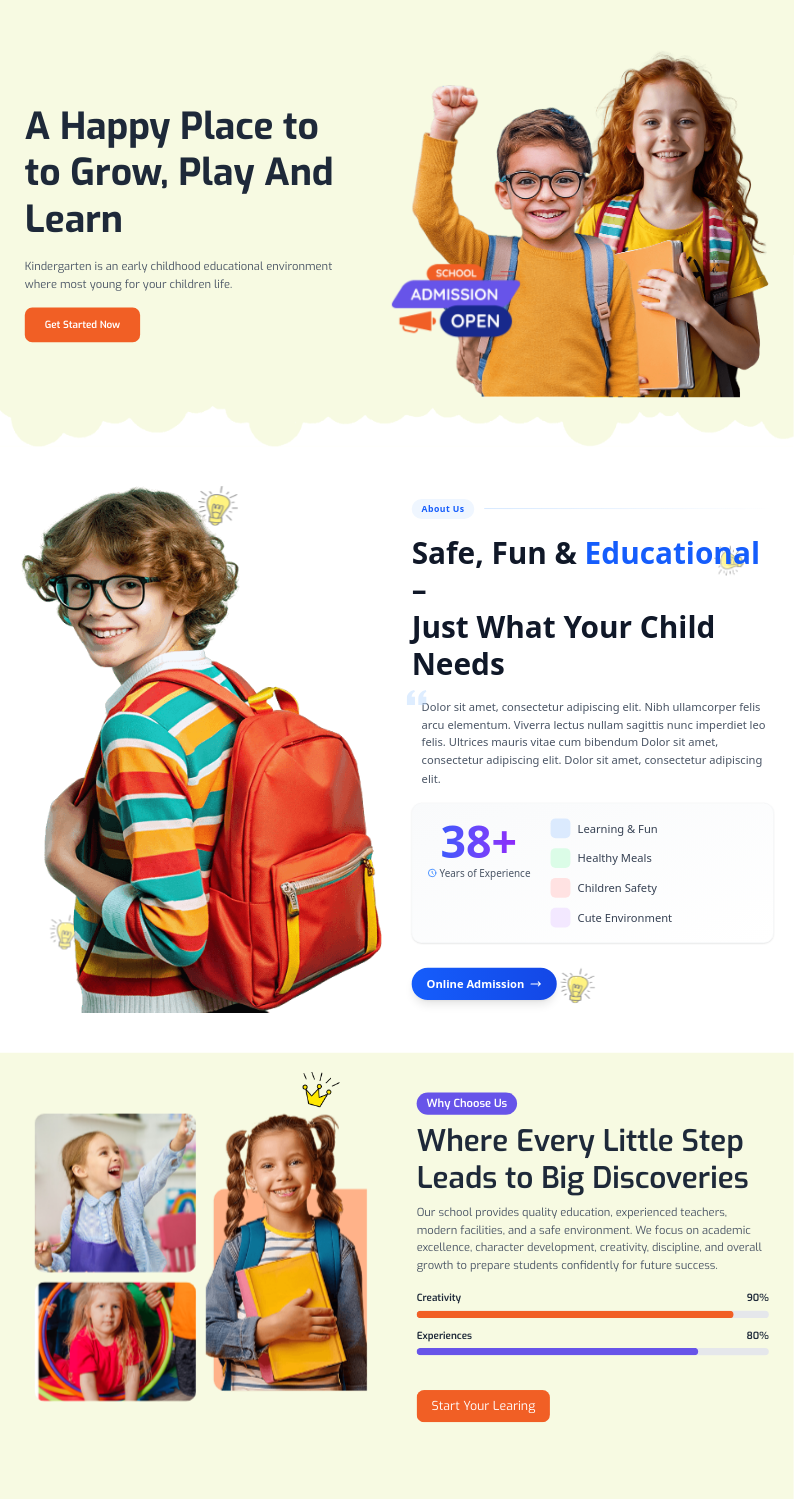
Repository: deepak445566/school
Page: / (app in okwork/)
These files come from the project's save history. The page is drawn as it stood at one moment and after a run of saves; the edit follows.
The browser window is 1280 px wide. The pictures show the whole page, at 62% of full size.
Some web fonts or font styles are not loaded; a fallback is used. The project was rebuilt for these pictures with package versions that can differ from the ones it lists, and the page was loaded fresh each time. Some packages were replaced by stand-ins written for this rebuild. Also part of the build but not shown: okwork/vite.config.js.

Above is the page before, as saved 2026-02-18 19:11:14.

### okwork/index.html
<!doctype html>
<html lang="en">
  <head>
    <meta charset="UTF-8" />
    <link rel="icon" type="image/svg+xml" href="/vite.svg" />
    <meta name="viewport" content="width=device-width, initial-scale=1.0" />
    <title>okwork</title>
    <link rel="preconnect" href="https://fonts.googleapis.com">
<link rel="preconnect" href="https://fonts.gstatic.com" crossorigin>
<link href="https://fonts.googleapis.com/css2?family=Abril+Fatface&family=Alan+Sans:wght@300..900&family=Big+Shoulders:opsz,wght@10..72,100..900&family=Exo+2:ital,wght@0,100..900;1,100..900&family=Exo:ital,wght@0,100..900;1,100..900&family=Montserrat:ital,wght@0,100..900;1,100..900&family=Orbitron:wght@400..900&family=Poppins:ital,wght@0,100;0,200;0,300;0,400;0,500;0,600;0,700;0,800;0,900;1,100;1,200;1,300;1,400;1,500;1,600;1,700;1,800;1,900&family=Prata&family=Rajdhani:wght@300;400;500;600;700&display=swap" rel="stylesheet">
  </head>
  <body>
    <div id="root"></div>
    <script type="module" src="/src/main.jsx"></script>
  </body>
</html>

### okwork/src/index.css
@import "tailwindcss";


.exo {
  font-family: "Exo", sans-serif;

  font-style: normal;
}

### okwork/src/App.jsx
import React from 'react'
import Home from './components/Home'
import About from './components/About'
import WhyChooseUs from './components/WhyChooseUs'

function App() {
  return (
    <>
    <Home/>
    <About/>
    <WhyChooseUs/>
    </>
  )
}

export default App

### okwork/src/components/Home.jsx
import React from "react";

const Home = () => {
  // Image URL - using a high-quality free image
  const imageUrl =
    "/images/hero1.png";
  const kalagiImageUrl = "/images/text.png";
  return (
    <div className="min-h-screen bg-[#F7FAE2] overflow-hidden exo relative ">
      {/* Main container - centered with responsive padding */}
      <div className="container mx-auto px-6 py-12 md:px-12 lg:px-10 min-h-screen flex items-center relative z-10">

        {/* Flex container: column on mobile, row on desktop */}
        <div className="flex flex-col md:flex-row items-center gap-12 lg:gap-5 w-full">

          {/* LEFT SECTION: 40% width */}
          <div className="w-full md:w-[45%] text-center md:text-left space-y-6 md:space-y-6">
            {/* Heading with gradient effect */}
            <h1 className="text-4xl text-gray-800 md:text-5xl lg:text-6xl font-bold leading-tight exo">
             A Happy Place to
              <br />
              <span className="text-gray-800">to Grow, Play And </span>
              <br />
              <span className="text-gray-800">   Learn</span>
            </h1>

            {/* Paragraph description */}
            <p className="text-lg md:text-lg text-gray-600 max-w-2xl mx-auto md:mx-0">
           Kindergarten is an early childhood educational environment where
most young for your children life.
            </p>

            {/* Button with hover effects */}
            <div className="flex justify-center md:justify-start">
              <button className="group relative px-8 py-4 bg-[#F15F25] text-white font-semibold rounded-xl float hover:shadow-xl hover:transform hover:-translate-y-1 transition-all duration-300 ease-in-out">
                <span className="relative z-10">Get Started Now</span>
              </button>
            </div>
          </div>

          {/* RIGHT SECTION: 60% width */}
          <div className="w-full md:w-[55%] flex justify-center md:justify-end">
            <div className="relative w-full max-w-md lg:max-w-xl ">
              {/* Main image */}
              <img
                src={imageUrl}
                alt="Team collaboration in modern workspace"
                className="relative z-10 w-full h-auto rounded-2xl object-cover "
              />
               <img
                src={kalagiImageUrl}
                alt="Decorative element"
                className="absolute bottom-0 left-7 lg:left-0 z-20 w-24 h-24 md:w-52 md:h-52 object-contain -translate-x-4 -translate-y-4 animate-bounce-slow"
              />
            </div>
          </div>
        </div>

      </div>
        <div className=" absolute bottom-0  z-1000">
          <img src="/images/hero-line.png" className="w-full"/>
        </div>

      {/* Add custom animation keyframes */}
       <style jsx>{`
        @keyframes blob {
          0% { transform: translate(0px, 0px) scale(1); }
          33% { transform: translate(30px, -50px) scale(1.1); }
          66% { transform: translate(-20px, 20px) scale(0.9); }
          100% { transform: translate(0px, 0px) scale(1); }
        }

        @keyframes float {
          0% {
            transform: translateY(0px);
          }
          50% {
            transform: translateY(-20px);
          }
          100% {
            transform: translateY(0px);
          }
        }

        @keyframes bounce-slow {
          0%, 100% {
            transform: translate(-1rem, -1rem) translateY(0);
          }
          50% {
            transform: translate(-1rem, -1rem) translateY(-20px);
          }
        }

        .animate-blob {
          animation: blob 7s infinite;
        }

        .animate-float {
          animation: float 6s ease-in-out infinite;
        }

        .animate-bounce-slow {
          animation: bounce-slow 4s ease-in-out infinite;
        }

        .animation-delay-2000 {
          animation-delay: 2s;
        }
      `}</style>
    </div>
  );
};

export default Home;

### okwork/src/components/About.jsx
import React from 'react';

// Import images at the top for easy path management


const About = () => {
  const bulbIcon =
    "/images/tubelight.png";
    const starIcon =
    "/images/tubelight.png";
    const aboutImage =
    "/images/about-1.png";
  return (
    <div className="max-w-7xl mx-auto px-4 sm:px-6 lg:px-8 py-12 md:py-16 relative">
      {/* Animated elements - increased size */}
      <div className="absolute top-20 left-1/4 animate-bounce">
        <img src={bulbIcon} alt="bulb" className="w-16 h-16 opacity-50" />
      </div>
      <div className="absolute bottom-20 right-1/4 animate-pulse">
        <img src={starIcon} alt="star" className="w-14 h-14 opacity-50" />
      </div>
      <div className="absolute top-40 right-20 animate-spin-slow">
        <img src={starIcon} alt="star" className="w-12 h-12 opacity-40" />
      </div>
      <div className="absolute bottom-40 left-20 animate-float">
        <img src={bulbIcon} alt="bulb" className="w-14 h-14 opacity-40" />
      </div>

      <div className="flex flex-col lg:flex-row gap-8 lg:gap-12 items-center relative z-10">
        {/* Left side - Image */}
        <div className="lg:w-1/2 w-full">
          <img
            src={aboutImage}
            alt="About Us"
            className="w-full h-auto rounded-lg object-cover "
          />
        </div>

        {/* Right side - Content */}
        <div className="lg:w-1/2 w-full space-y-6">
          {/* About Us Label with decorative line */}
          <div className="flex items-center gap-4">
            <span className="text-sm font-semibold text-blue-600 tracking-wider bg-blue-50 px-4 py-1.5 rounded-full">
              About Us
            </span>
            <div className="h-px flex-1 bg-gradient-to-r from-blue-200 to-transparent"></div>
          </div>

          {/* Main Heading */}
          <h1 className="font-helvetica text-4xl md:text-5xl font-bold text-gray-900 leading-tight">
            Safe, Fun & <span className="text-blue-600">Educational</span> –<br />
            Just What Your Child Needs
          </h1>

          {/* Description with quote icon */}
          <div className="relative">
            <svg className="absolute -top-4 -left-2 w-8 h-8 text-blue-200 opacity-50" fill="currentColor" viewBox="0 0 24 24">
              <path d="M14.017 21v-7.391c0-5.704 3.731-9.57 8.983-10.609l.995 2.151c-2.432.917-3.995 3.638-3.995 5.849h4v10h-9.983zm-14.017 0v-7.391c0-5.704 3.748-9.57 9-10.609l.996 2.151c-2.433.917-3.996 3.638-3.996 5.849h3.983v10h-9.983z" />
            </svg>
            <p className="text-gray-600 text-base md:text-lg leading-relaxed pl-4">
              Dolor sit amet, consectetur adipiscing elit. Nibh ullamcorper felis arcu elementum.
              Viverra lectus nullam sagittis nunc imperdiet leo felis. Ultrices mauris vitae cum
              bibendum Dolor sit amet, consectetur adipiscing elit. Dolor sit amet, consectetur
              adipiscing elit.
            </p>
          </div>

          {/* Stats and Features - Improved UI */}
          <div className="bg-gradient-to-br from-gray-50 to-white p-6 rounded-2xl border border-gray-100 shadow-sm">
            <div className="flex flex-wrap items-start gap-8">
              {/* Left side - 38+ Experience with improved styling */}
              <div className="flex-shrink-0 text-center">
                <div className="text-6xl md:text-7xl font-bold text-transparent bg-clip-text bg-gradient-to-r from-blue-600 to-purple-600">
                  38+
                </div>
                <div className="text-gray-600 mt-1 font-medium flex items-center gap-1">
                  <svg className="w-4 h-4 text-blue-500" fill="none" stroke="currentColor" viewBox="0 0 24 24">
                    <path strokeLinecap="round" strokeLinejoin="round" strokeWidth={2} d="M12 8v4l3 3m6-3a9 9 0 11-18 0 9 9 0 0118 0z" />
                  </svg>
                  Years of Experience
                </div>
              </div>

              {/* Right side - Features list with improved styling */}
              <div className="space-y-4 flex-1">
                {/* Learning & Fun */}
                <div className="flex items-center gap-3 group hover:translate-x-1 transition-transform duration-300">
                  <div className="w-8 h-8 bg-blue-100 rounded-lg flex items-center justify-center group-hover:bg-blue-200 transition-colors">

                  </div>
                  <span className="text-gray-700 text-lg font-medium">Learning & Fun</span>
                </div>

                {/* Healthy Meals */}
                <div className="flex items-center gap-3 group hover:translate-x-1 transition-transform duration-300">
                  <div className="w-8 h-8 bg-green-100 rounded-lg flex items-center justify-center group-hover:bg-green-200 transition-colors">

                  </div>
                  <span className="text-gray-700 text-lg font-medium">Healthy Meals</span>
                </div>

                {/* Children Safety */}
                <div className="flex items-center gap-3 group hover:translate-x-1 transition-transform duration-300">
                  <div className="w-8 h-8 bg-red-100 rounded-lg flex items-center justify-center group-hover:bg-red-200 transition-colors">

                  </div>
                  <span className="text-gray-700 text-lg font-medium">Children Safety</span>
                </div>

                {/* Cute Environment */}
                <div className="flex items-center gap-3 group hover:translate-x-1 transition-transform duration-300">
                  <div className="w-8 h-8 bg-purple-100 rounded-lg flex items-center justify-center group-hover:bg-purple-200 transition-colors">

                  </div>
                  <span className="text-gray-700 text-lg font-medium">Cute Environment</span>
                </div>
              </div>
            </div>
          </div>

          {/* Online Admission Link with improved styling */}
          <div className="pt-4">
            <a
              href="#"
              className="inline-flex items-center gap-2 text-lg font-semibold text-white bg-gradient-to-r from-blue-600 to-blue-700 hover:from-blue-700 hover:to-blue-800 px-6 py-3 rounded-full shadow-lg hover:shadow-xl transition-all duration-300 group"
            >
              Online Admission
              <svg className="w-5 h-5 group-hover:translate-x-1 transition-transform" fill="none" stroke="currentColor" viewBox="0 0 24 24">
                <path strokeLinecap="round" strokeLinejoin="round" strokeWidth={2} d="M17 8l4 4m0 0l-4 4m4-4H3" />
              </svg>
            </a>
          </div>
        </div>
      </div>

      {/* Add custom animations to your global CSS */}
      <style jsx>{`
        @keyframes spin-slow {
          from {
            transform: rotate(0deg);
          }
          to {
            transform: rotate(360deg);
          }
        }
        .animate-spin-slow {
          animation: spin-slow 8s linear infinite;
        }

        @keyframes float {
          0%, 100% {
            transform: translateY(0px);
          }
          50% {
            transform: translateY(-20px);
          }
        }
        .animate-float {
          animation: float 5s ease-in-out infinite;
        }
      `}</style>
    </div>
  );
};

export default About;

### okwork/src/components/WhyChooseUs.jsx
import React from "react";

const WhyChooseUs = () => {
  return (
    <div className="min-h-screen bg-[#F7FAE2] overflow-hidden exo py-16">
      <div className="container mx-auto px-6 md:px-12 lg:px-10">

        {/* Flex container: column on mobile, row on desktop */}
        <div className="flex flex-col md:flex-row items-center gap-12 lg:gap-16">

          {/* LEFT SECTION - Pinterest style 3 images */}
          <div className="w-full md:w-1/2 relative">
            <div className="grid grid-cols-2 gap-4 lg:p-4">
              {/* Left column - 2 images stacked */}
              <div className="space-y-4">
                {/* Top left image */}
                <div className="relative overflow-hidden rounded-2xl transition-all duration-300 transform hover:-translate-y-1">
                  <img
                    src="/images/choose2.jpg" // Replace with your image path
                    alt="Pinterest style 1"
                    className="w-full h-64 object-cover"
                  />
                </div>

                {/* Bottom left image */}
                <div className="relative overflow-hidden rounded-2xl transition-all duration-300 transform hover:-translate-y-1">
                  <img
                    src="/images/choose1.png" // Replace with your image path
                    alt="Pinterest style 2"
                    className="w-full h-48 object-cover"
                  />
                </div>
              </div>

              {/* Right column - 1 tall image */}
              <div className="relative overflow-hidden rounded-2xl transition-all duration-300 transform hover:-translate-y-1 ">
                <img
                  src="/images/choose3.png" // Replace with your image path
                  alt="Pinterest style 3"
                  className="w-full h-[28rem] object-cover"
                />
              </div>
            </div>
            <div>
             <img
                src="/images/coun-shape.png"
                alt="Decorative element"
                className="absolute top-0 -right-5 lg:right-7  z-20 w-13 h-13 md:w-15 md:h-15 object-contain -translate-x-4 -translate-y-4 animate-bounce-slow "
              />
            </div>
          </div>

          {/* RIGHT SECTION - Content (same as before) */}
          <div className="w-full md:w-1/2 space-y-3 exo">
            {/* Small heading */}
            <h2 className="text-white bg-[#6754E9] rounded-4xl w-fit  text-lg  px-4  py-1 font-semibold ">
              Why Choose Us
            </h2>

            {/* Main heading */}
            <h1 className="text-3xl md:text-4xl lg:text-5xl font-semibold text-gray-800 leading-tight">
              Where Every Little Step <br />
              Leads to Big Discoveries
            </h1>

            {/* Description */}
            <p className="text-gray-600 text-base md:text-lg max-w-2xl ">
             Our school provides quality education, experienced teachers, modern facilities, and a safe environment. We focus on academic excellence, character development, creativity, discipline, and overall growth to prepare students confidently for future success.
            </p>

            {/* Early Learning section */}
            <div className="space-y-4 pt-4">


              {/* Progress bars */}
              <div className="space-y-4 pt-">
                {/* Creativity */}
                <div className="space-y-2">
                  <div className="flex justify-between items-center">
                    <span className="text-gray-800 font-semibold">Creativity</span>
                    <span className="text-gray-800 font-semibold">90%</span>
                  </div>
                  <div className="w-full h-3 bg-gray-200 rounded-full overflow-hidden">
                    <div
                      className="h-full bg-[#F15F25] rounded-full"
                      style={{ width: '90%' }}
                    ></div>
                  </div>
                </div>

                {/* Experiences */}
                <div className="space-y-2">
                  <div className="flex justify-between items-center">
                    <span className="text-gray-800 font-semibold">Experiences</span>
                    <span className="text-gray-800 font-semibold">80%</span>
                  </div>
                  <div className="w-full h-3 bg-gray-200 rounded-full overflow-hidden">
                    <div
                      className="h-full bg-[#6754E9] rounded-full"
                      style={{ width: '80%' }}
                    ></div>
                  </div>
                </div>
              </div>
               <button className="group relative px-6 py-3 bg-[#F15F25] text-xl text-white  rounded-xl float hover:shadow-xl hover:transform hover:-translate-y-1 transition-all duration-300 ease-in-out mt-10">
                <span className="relative z-10">Start Your Learing</span>
              </button>
            </div>
          </div>
        </div>

      </div>
    </div>
  );
};

export default WhyChooseUs;

Loaded but not shown: okwork/src/main.jsx (common file)

After the next 2 saves:
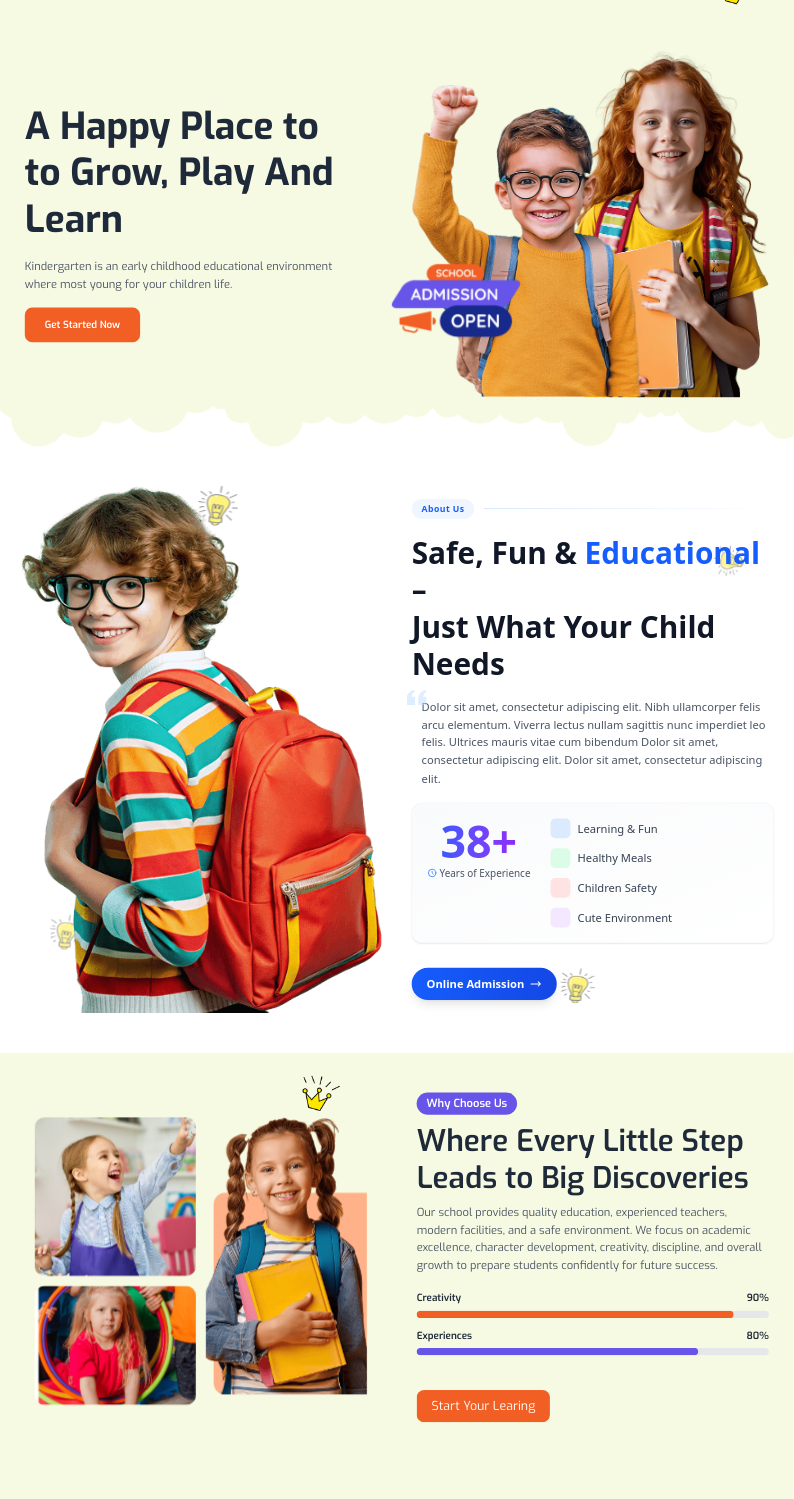
The 2 saves are shown as one change because 1 did not build or start.
The last was saved 91 s later.
--- a/okwork/src/components/WhyChooseUs.jsx
+++ b/okwork/src/components/WhyChooseUs.jsx
@@ -106,6 +106,13 @@ const WhyChooseUs = () => {
                 <span className="relative z-10">Start Your Learing</span>
               </button>
             </div>
+            <div>
+              <img
+                src="/images/coun-shape.png"
+                alt="Decorative element"
+                className="absolute top-0 -right-5 lg:right-7  z-20 w-13 h-13 md:w-15 md:h-15 object-contain -translate-x-4 -translate-y-4 animate-bounce-slow "
+              />
+            </div>
           </div>
         </div>
 
